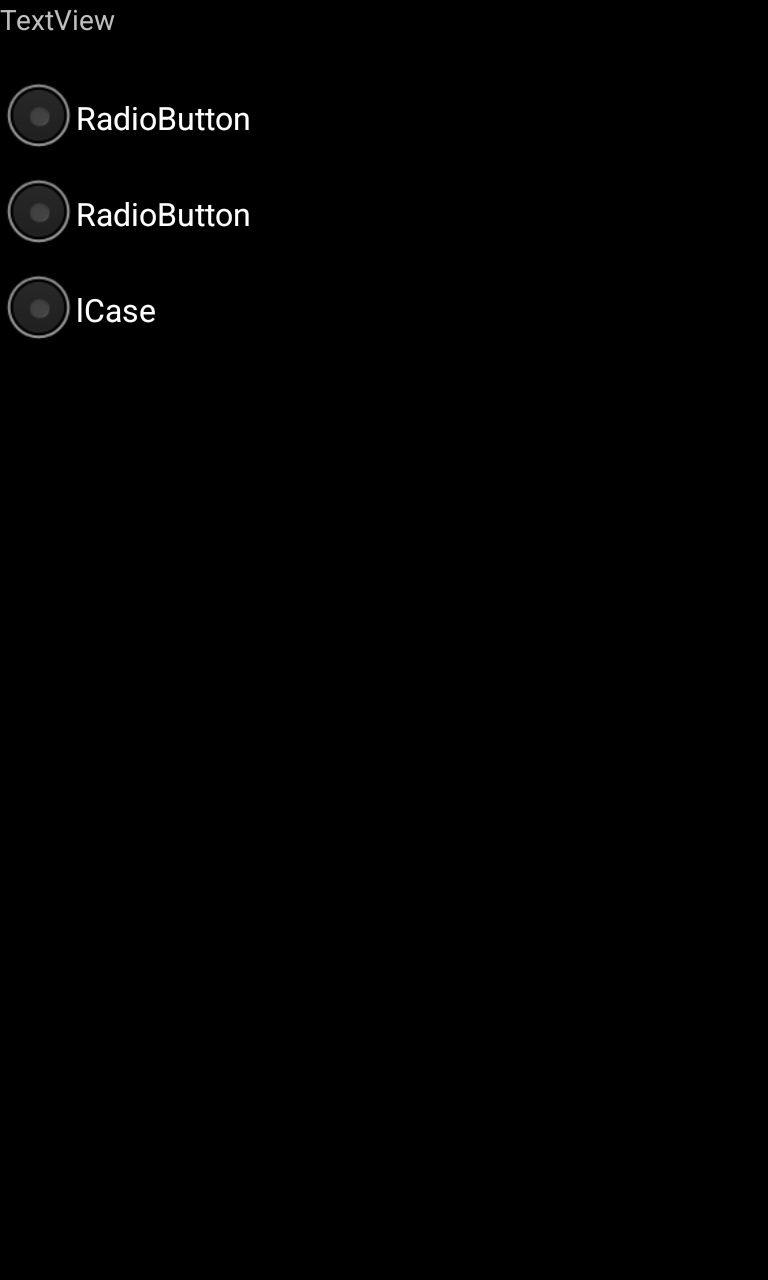
Repository: 12030121047/eventhandling
Layout: Event/res/layout/activity_event.xml
The author's editor kept a copy of each file at every save. The layout is drawn from the files as they stood at one save, then again after the next save.
It is drawn on a 768 x 1280 px phone screen (xhdpi) without system bars, with theme android:Theme; the app's code is not run.

Above is the layout before, as saved 2014-12-23 03:59:08.

### Event/res/layout/activity_event.xml
<LinearLayout xmlns:android="http://schemas.android.com/apk/res/android"
    xmlns:tools="http://schemas.android.com/tools"
    android:layout_width="match_parent"
    android:layout_height="match_parent"
    android:orientation="vertical"
    tools:context=".EventActivity" >

    <TextView
        android:id="@+id/editString"
        android:layout_width="226dp"
        android:layout_height="35dp"
        android:text="TextView" />

    <RadioButton
        android:id="@+id/rgCase"
        android:layout_width="wrap_content"
        android:layout_height="wrap_content"
        android:text="RadioButton" />

    <RadioButton
        android:id="@+id/uCase"
        android:layout_width="wrap_content"
        android:layout_height="wrap_content"
        android:text="RadioButton" />

    <RadioButton
        android:id="@+id/lCase"
        android:layout_width="wrap_content"
        android:layout_height="wrap_content"
        android:text="lCase" />



</LinearLayout>

After the next save:
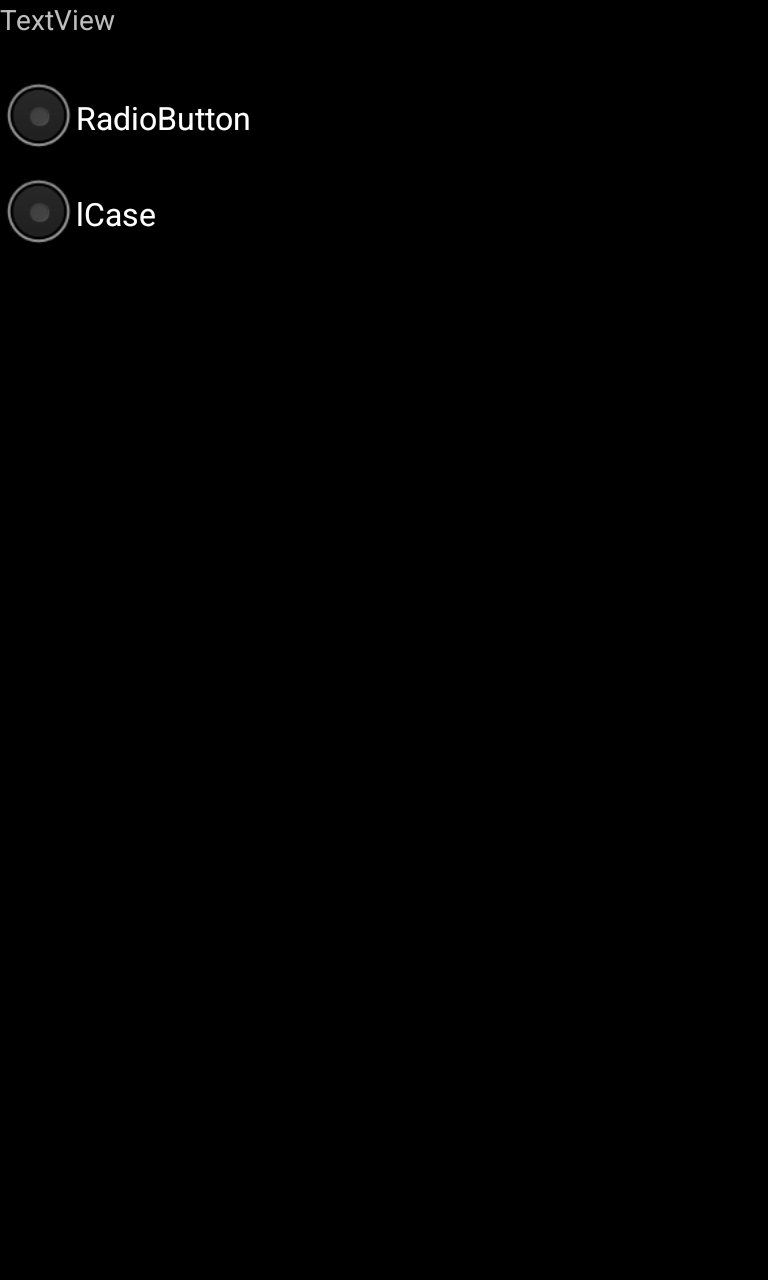
Saved 69 s later.
--- a/Event/res/layout/activity_event.xml
+++ b/Event/res/layout/activity_event.xml
@@ -11,11 +11,7 @@
         android:layout_height="35dp"
         android:text="TextView" />
 
-    <RadioButton
-        android:id="@+id/rgCase"
-        android:layout_width="wrap_content"
-        android:layout_height="wrap_content"
-        android:text="RadioButton" />
+
 
     <RadioButton
         android:id="@+id/uCase"
